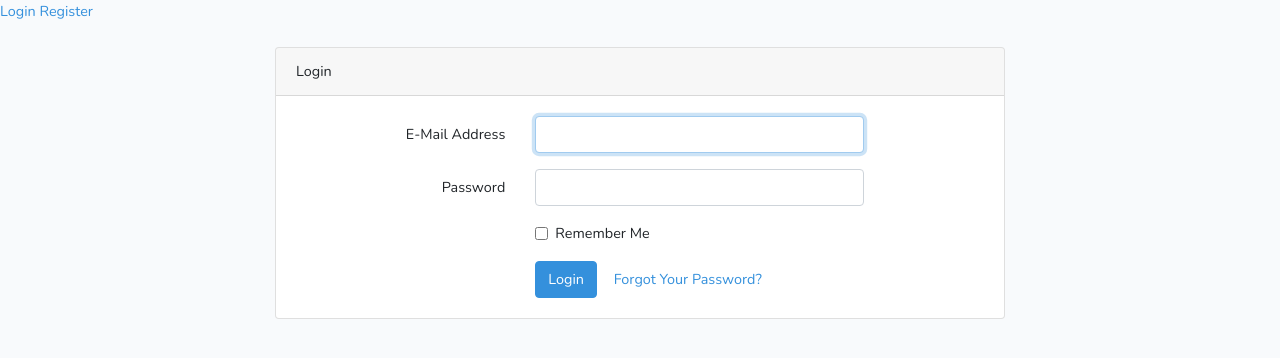
Repository: PatryxB/recipeCook
Page: http://localhost/login
The author's editor kept a copy of each file at every save. The page is drawn from the files as they stood at one save, then again after the next save.
The browser window is 1280 px wide. The pictures show the whole page.
The page is served by the project's Laravel application, run on PHP 8.4 with Laravel 8. Other server files are loaded and not shown. Style sheets and scripts are compiled from the project's sources, by tool versions that may differ from the author's.

Above is the page before, as saved 2020-05-02 11:05:02.

### resources/views/layouts/app.blade.php
<!doctype html>
<html lang="{{ str_replace('_', '-', app()->getLocale()) }}">
<head>
    <meta charset="utf-8">
    <meta name="viewport" content="width=device-width, initial-scale=1">

    <!-- CSRF Token -->
    <meta name="csrf-token" content="{{ csrf_token() }}">

    <title>{{ config('app.name', 'Laravel') }}</title>

    <!-- Scripts -->
    <script src="{{ asset('js/app.js') }}" defer></script>

    <!-- Fonts -->
    <link rel="dns-prefetch" href="//fonts.gstatic.com">
    <link href="https://fonts.googleapis.com/css?family=Nunito" rel="stylesheet">

    <!-- Styles -->
    <link href="{{ asset('css/app.css') }}" rel="stylesheet">
</head>
<body>
    <div id="app">

        <nav>
            @if (Route::has('login'))
                @auth
                    <a href="{{ url('/home') }}">Home</a>
                @else
                    <a href="{{ route('login') }}">Login</a>

                    @if (Route::has('register'))
                        <a href="{{ route('register') }}">Register</a>
                    @endif
                @endauth
            @endif
        </nav>

        <main class="py-4">
            @yield('content')
        </main>
    </>
</body>
</html>

### resources/sass/app.scss
// Fonts
@import url('https://fonts.googleapis.com/css?family=Nunito');

// Variables
@import 'variables';

// Bootstrap
@import '~bootstrap/scss/bootstrap';

html, body{
    box-sizing: border-box;
    margin: 0;
    padding: 0;
}
.banner img{
    width: 100%;
    height: 100vh;
}

Loaded but not shown: routes/web.php (common file); app/Http/Controllers/Auth/LoginController.php (common file); app/Http/Controllers/Controller.php (common file); app/Http/Controllers/Auth/ConfirmPasswordController.php (common file); resources/views/auth/login.blade.php (common file); resources/sass/_variables.scss (common file)

After the next save:
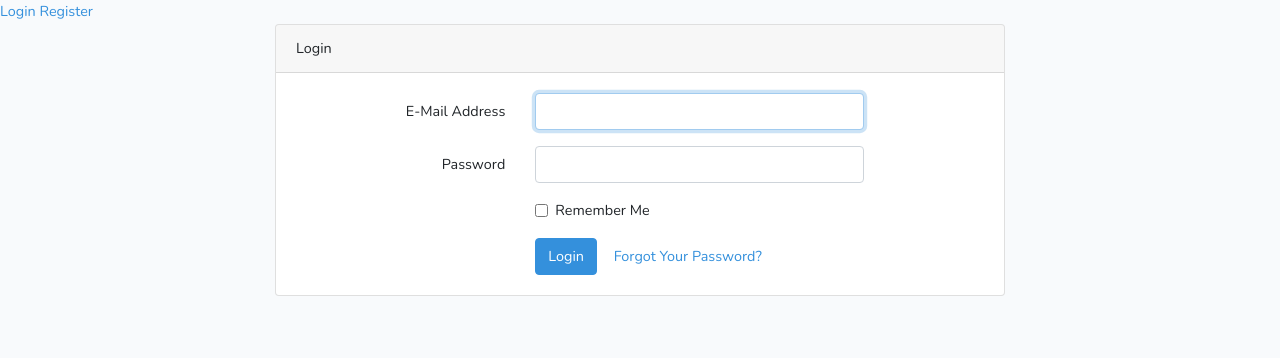
Saved 38 s later.
--- a/resources/sass/app.scss
+++ b/resources/sass/app.scss
@@ -12,6 +12,10 @@ html, body{
     margin: 0;
     padding: 0;
 }
+nav{
+    position: absolute;
+    z-index: 999;
+}
 .banner img{
     width: 100%;
     height: 100vh;
